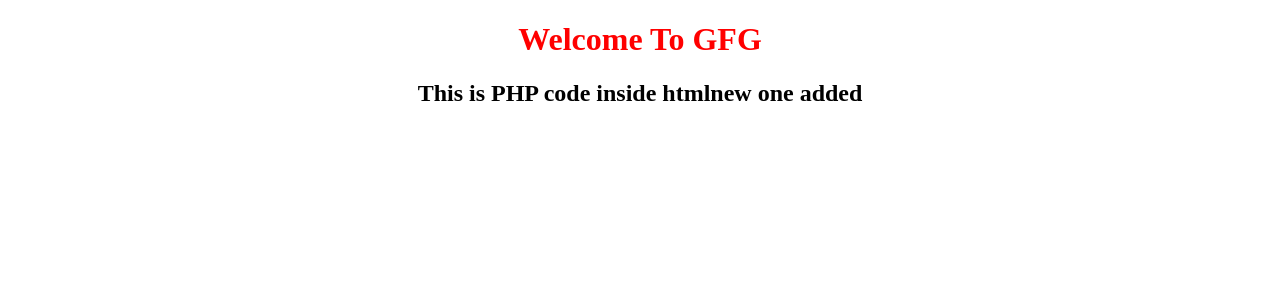
Repository: navyasureshkodenkiri/phpprojectgh-
Page: http://localhost/example1.php
The author's editor kept a copy of each file at every save. The page is drawn from the files as they stood at one save, then again after a run of saves.
The browser window is 1280 px wide. The pictures show the whole page.
The page is run by PHP 8.4 with error messages shown; the project is at /var/www/html/.

Above is the page before, as saved 2022-12-14 11:03:27.

After the next 4 saves:
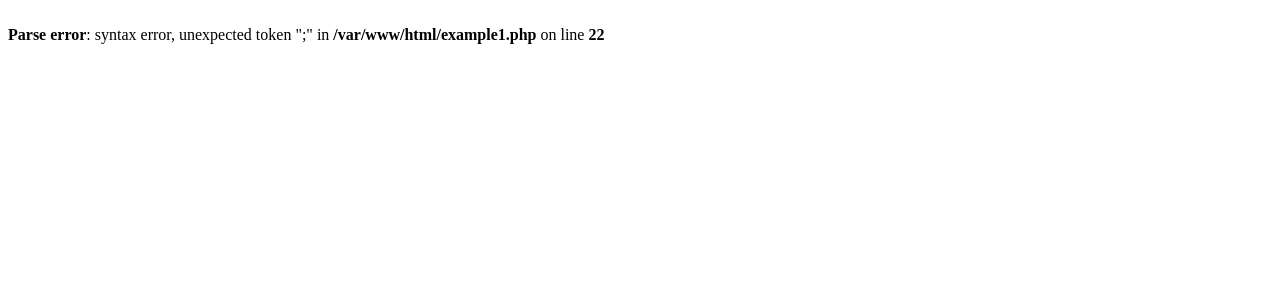
The 4 saves are shown as one change because they came seconds apart.
The last was saved 18 s later.
--- a/example1.php
+++ b/example1.php
@@ -16,7 +16,8 @@
         <h2>
             <?php
             echo "This is PHP code inside html";
-            echo "new one added"
+            echo "new one added";
+            echo
 
             ?>
         </h2>

After the save that followed:
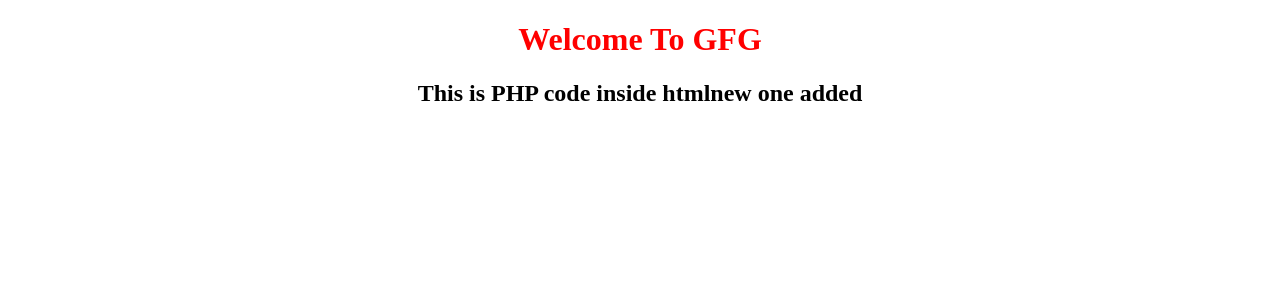
Saved 4 s later.
--- a/example1.php
+++ b/example1.php
@@ -17,7 +17,7 @@
             <?php
             echo "This is PHP code inside html";
             echo "new one added";
-            echo
+            echo ""
 
             ?>
         </h2>
